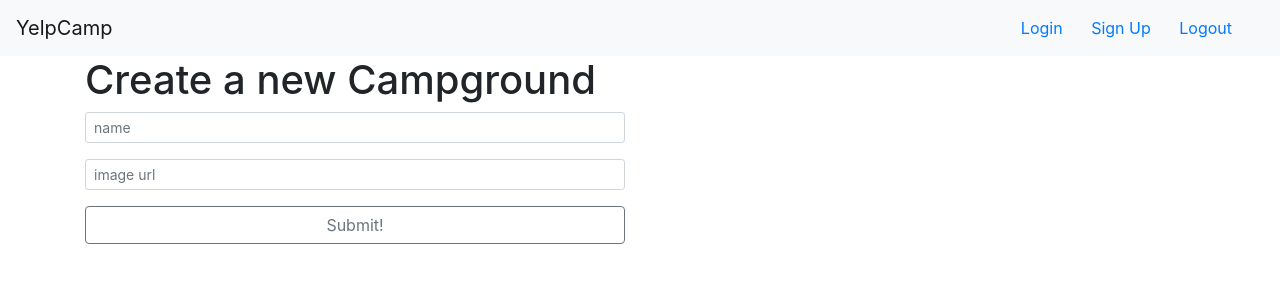
Repository: manojsatya/YelpCamp
Page: http://localhost/campgrounds/new
These files come from the project's save history. The page is drawn as it stood at one moment and after the next save; the edit follows.
The browser window is 1280 px wide. The pictures show the whole page.
The page is served by the project's Node server (app.js).

Above is the page before, as saved 2019-06-14 18:16:42.
Console error: TypeError: Cannot read properties of undefined (reading 'fn')

### views/new.ejs
<% include partials/header %>


<div class="container justify-content-center">
    <div class="row">
        <div class="col-lg-6">
            <h1>Create a new Campground</h1>
            <form action="/campgrounds" method="POST">
                <div class="form-group">
                    <input class="form-control form-control-sm" type="text" name="name" id="" placeholder="name">
                </div>
                <div class="form-group">
                    <input class="form-control form-control-sm" type="text" name="image" id="" placeholder="image url">
                </div>
                <div class="form-group">
                    <button class="btn btn-outline-secondary btn-block"> Submit!</button>
                </div>
            </form>
        </div>
    </div>
</div>

<% include partials/footer %>

### views/partials/header.ejs
<!DOCTYPE html>
<html lang="en">
<head>
    <meta charset="UTF-8">
    <meta name="viewport" content="width=device-width, initial-scale=1.0">
    <meta http-equiv="X-UA-Compatible" content="ie=edge">
    <title>YelpCamp</title>
    <link rel="stylesheet" href="https://stackpath.bootstrapcdn.com/bootstrap/4.3.1/css/bootstrap.min.css">
</head>
<body>
        <nav class="navbar navbar-light bg-light">
                <a class = "navbar-brand" href="">YelpCamp</a>
                <div class="navbar-right mr-sm-2">
                    <a class = "mr-sm-4" href="">Login</a>
                    <a class = "mr-sm-4" href="">Sign Up</a>
                    <a class = "mr-sm-4" href="">Logout</a>
                </div>

            </nav>

        <script src="https://stackpath.bootstrapcdn.com/bootstrap/4.3.1/js/bootstrap.min.js"></script>

### app.js
var express = require("express");
var app = express();
var bodyParser = require("body-parser");

app.use(bodyParser.urlencoded({extended: true}));
app.set("view engine", "ejs");

var campgrounds = [
    {name: "Manoj Satya", image: "https://static.rootsrated.com/image/upload/s--_i1nqUT1--/t_rr_large_traditional/oy9xsbijv8wehnrzv0zt.jpg"},
    {name: "Shradha Shiv", image: "https://encrypted-tbn0.gstatic.com/images?q=tbn:ANd9GcQ5b9dOfcfle_RwfdPS21qwfn5kcQ_BfHuL4uoVApARc1INLCfp"},
    {name: "Meghana", image: "http://hudsonshope.ca/wp-content/uploads/2016/10/Inflatable-Boat.jpg"},
    {name: "Manoj Satya", image: "https://static.rootsrated.com/image/upload/s--_i1nqUT1--/t_rr_large_traditional/oy9xsbijv8wehnrzv0zt.jpg"},
    {name: "Shradha Shiv", image: "https://encrypted-tbn0.gstatic.com/images?q=tbn:ANd9GcQ5b9dOfcfle_RwfdPS21qwfn5kcQ_BfHuL4uoVApARc1INLCfp"},
    {name: "Meghana", image: "http://hudsonshope.ca/wp-content/uploads/2016/10/Inflatable-Boat.jpg"},
    {name: "Manoj Satya", image: "https://static.rootsrated.com/image/upload/s--_i1nqUT1--/t_rr_large_traditional/oy9xsbijv8wehnrzv0zt.jpg"},
    {name: "Shradha Shiv", image: "https://encrypted-tbn0.gstatic.com/images?q=tbn:ANd9GcQ5b9dOfcfle_RwfdPS21qwfn5kcQ_BfHuL4uoVApARc1INLCfp"},
    {name: "Meghana", image: "http://hudsonshope.ca/wp-content/uploads/2016/10/Inflatable-Boat.jpg"},
    {name: "Manoj Satya", image: "https://static.rootsrated.com/image/upload/s--_i1nqUT1--/t_rr_large_traditional/oy9xsbijv8wehnrzv0zt.jpg"},
    {name: "Shradha Shiv", image: "https://encrypted-tbn0.gstatic.com/images?q=tbn:ANd9GcQ5b9dOfcfle_RwfdPS21qwfn5kcQ_BfHuL4uoVApARc1INLCfp"},
    {name: "Meghana", image: "http://hudsonshope.ca/wp-content/uploads/2016/10/Inflatable-Boat.jpg"}
]

app.get("/", function(req, res){
    res.render("landing");
});

app.get("/campgrounds", function(req, res){
    res.render("campgrounds",{campgrounds:campgrounds});
});

app.post("/campgrounds", function(req, res){
    //get data from form and add to campground array
    var name = req.body.name;
    var image = req.body.image;
    var newCampground = {name: name, image: image};
    campgrounds.push(newCampground);
    //redirect back to campgrounds page
    res.redirect("/campgrounds");
});

app.get("/campgrounds/new", function(req, res){
    res.render("new.ejs");
});


app.listen(3000, function(){
    console.log("The YelpCamp Server has started");
});

Loaded but not shown: views/partials/footer.ejs (no stored copy; drawn as an empty file)

After the next save:
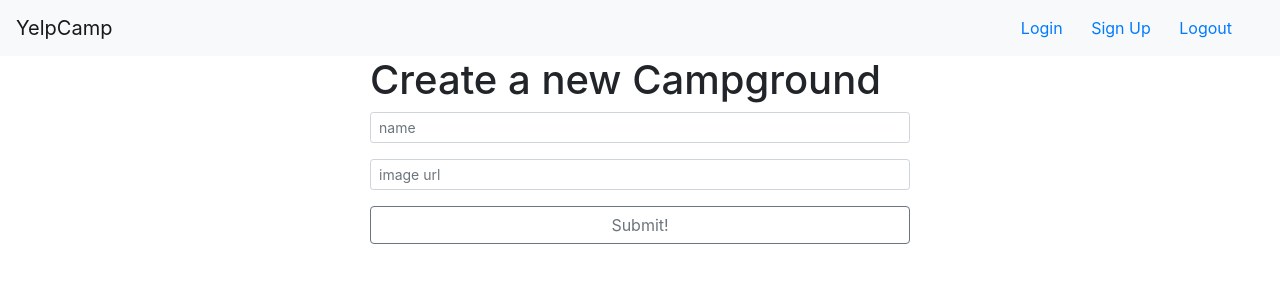
Saved 42 s later.
--- a/views/new.ejs
+++ b/views/new.ejs
@@ -1,9 +1,9 @@
 <% include partials/header %>
 
 
-<div class="container justify-content-center">
-    <div class="row">
-        <div class="col-lg-6">
+<div class="container">
+    <div class="row justify-content-center">
+        <div class="col-md-3 col-lg-6">
             <h1>Create a new Campground</h1>
             <form action="/campgrounds" method="POST">
                 <div class="form-group">
